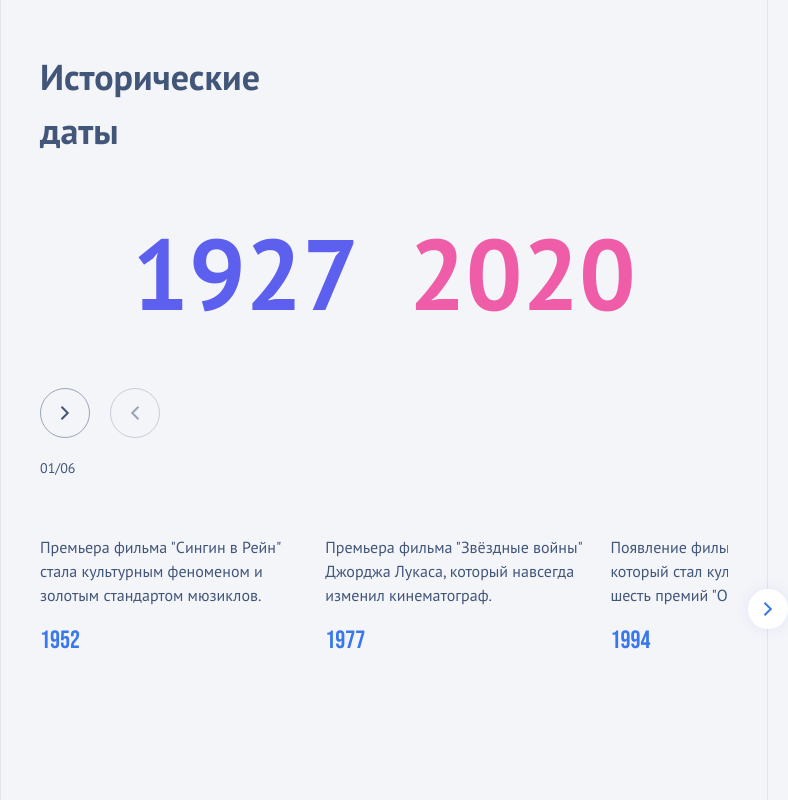
Repository: LenarTulupov/only
Page: /
An editor plug-in stored every save of this project. The page is shown before and after the next save, followed by the edit.
The browser window is 768 px wide. The page is 788 px wide, so the pictures cover 788 px, including what lies to the right of the window. The pictures show the whole page.
The project was rebuilt for these pictures with package versions that can differ from the ones it lists, and the page was loaded fresh each time.

Above is the page before, as saved 2024-12-19 16:56:46.

### public/index.html
<!DOCTYPE html>
<html lang="en">
  <head>
    <meta charset="utf-8" />
    <link rel="icon" href="%PUBLIC_URL%/favicon.ico" />
    <meta name="viewport" content="width=device-width, initial-scale=1" />
    <meta name="theme-color" content="#000000" />
    <meta
      name="description"
      content="Web site created using create-react-app"
    />
    <link rel="apple-touch-icon" href="%PUBLIC_URL%/logo192.png" />
    <link rel="manifest" href="%PUBLIC_URL%/manifest.json" />
    <title>Only Test</title>
  </head>
  <body>
    <noscript>You need to enable JavaScript to run this app.</noscript>
    <div id="root"></div>
  </body>
</html>

### src/index.tsx
import React from 'react';
import ReactDOM from 'react-dom/client';
import Router from './router/router';
import './globals.scss'

const root = ReactDOM.createRoot(
  document.getElementById('root') as HTMLElement
);
root.render(
  <React.StrictMode>
    <Router />
  </React.StrictMode>
);

### src/router/router.tsx
import { BrowserRouter, Route, Routes } from "react-router-dom";
import HomePage from "../pages/home/page";
import PagesLayout from "../layouts/pages-layout";

export default function Router() {
  return (
    <BrowserRouter>
      <Routes>
        <Route element={<PagesLayout />}>
          <Route path="/" element={<HomePage />} />
        </Route>
      </Routes>
    </BrowserRouter>
  )
};

### src/globals.scss
@import url('https://fonts.googleapis.com/css2?family=Bebas+Neue&family=PT+Sans:wght@400;700&display=swap');

:root {
  --background-color: #F4F5F9;
  --main-color: #42567a;
  --main-color-rgba: rgba(66, 86, 122, 0.5);
  --accent-color: #5D5FEF;
  --light-accent-color: #3877EE;
  --accent-second: #EF5DA8;
  --font-main: "PT Sans", serif;
  --font-second: "Bebas Neue", serif;
  --line-height: 150%;
  --font-size-main: 56px;
  --font-size-small: 14px;
  --font-size-big: 200px;
}
body {
  margin: 0;
  padding: 0;
  background-color: var(--background-color);
  color: var(--black-color);
  font-family: var(--font-main);
  line-height: var(--line-height);
}
ul {
  padding: 0;
  margin: 0;
}

li {
  list-style-type: none;
}

a {
  color: var(--black-color);
  text-decoration: none;
}

h1 {
  margin: 0;
}

### src/pages/home/page.tsx
import Container from "../../components/ui/container/container";
import Divider from "../../components/ui/divider/divider";
import HistorySection from "./history/history";
import styles from './page.module.scss';

export default function HomePage() {
  return (
    <div className={styles['home-page']}>
      <Container>
        <div className={styles['home-page__wrapper']}>
          <Divider
            position="vertical"
            className={styles.divider_vertical}
          />
          <HistorySection />
        </div>
      </Container>
    </div>
  )
};

### src/layouts/pages-layout.tsx
import { Outlet } from 'react-router-dom';
import styles from './pages-layout.module.scss';

export default function PagesLayout() {
  return (
    <div className={styles['pages-layout']}>
      <Outlet />
    </div>
  )
};

### src/components/ui/container/container.tsx
import { ReactNode } from "react"
import styles from './container.module.scss';

interface IContainer {
  children: ReactNode;
}

export default function Container({ children }: IContainer) {
  return (
    <div className={styles.container}>
      {children}
    </div>
  )
};

### src/components/ui/divider/divider.tsx
import styles from './divider.module.scss';

interface IDivider {
  position?: 'horizontal' | 'vertical';
  className?: string;
}

export default function Divider({
  position = 'horizontal', className }: IDivider) {
  return <div className={`
    ${styles.divider}
    ${styles[`divider_${position}`]}
    ${className || ''}
  `}/>
};

### src/pages/home/history/history.tsx
import { useState } from "react";
import Title from "../../../components/ui/title/title";
import { circleItems } from "../../../constants/circle-items";
import Circle from "./circle/circle";
import styles from './history.module.scss';
import StepNavigation from "./step-navigation/step-navigation";
import ContentContainer from "../../../components/ui/content-container/content-container";
import Divider from "../../../components/ui/divider/divider";
import Dates from "./dates/dates";
import HistorySlider from "./history-slider/history-slider";

export default function HistorySection() {
  const [activeButton, setActiveButton] = useState<number>(1);
  const activeCategory = circleItems.find((item) => item.id === activeButton);
  const firstDate = activeCategory?.events[0]?.year;
  const lastDate = activeCategory?.events.at(-1)?.year;
  return (
    <section className={styles.history}>
      <Title className={styles.history__title} showBefore>
        Исторические даты
      </Title>
      <div className={styles['history__circle-wrapper']}>
        <Circle
          className={styles.history__circle}
          activeButton={activeButton}
          setActiveButton={setActiveButton}
        />
        <Divider
          position="horizontal"
          className={styles['history__line-center']}
        />
        <Dates
          className={styles.history__dates}
          firstDate={firstDate}
          lastDate={lastDate}
        />
      </div>
      <ContentContainer className={styles['history__content-container']}>
        <StepNavigation
          activeButton={activeButton}
          setActiveButton={setActiveButton}
        />
        <HistorySlider
          activeCategory={activeCategory}
        />
      </ContentContainer>
    </section>
  )
};

### src/pages/home/page.module.scss
.home-page {
  &__wrapper {
    position: relative;
    min-height: 100vh;
    .divider_vertical {
      position: absolute;
      top: 0;
      left: 50%;
      transform: translateX(-50%);
      z-index: -10;
    }
  }

  &__wrapper::before {
    content: "";
    position: absolute;
    top: 0;
    bottom: 0;
    left: 0;
    width: 1px;
    background-color: var(--main-color);
    opacity: 0.1;
  }

  &__wrapper::after {
    content: "";
    position: absolute;
    top: 0;
    bottom: 0;
    right: 0;
    width: 1px;
    background-color: var(--main-color);
    opacity: 0.1;
  }
}
@media(max-width: 768px) {
  .divider_vertical {
    display: none;
  }
}

### src/components/ui/container/container.module.scss
.container {
  max-width: 1440px;
  margin: 0 auto;
}

### src/components/ui/divider/divider.module.scss
.divider {
  background-color: var(--main-color);
  opacity: 0.1;
  &_horizontal {
    width: 100%;
    height: 1px;
  }
  &_vertical {
    width: 1px;
    height: 100%;
  }
}

### src/components/ui/title/title.tsx
import { ReactNode } from 'react';
import styles from './title.module.scss';

interface ITitle {
  children: ReactNode;
  className?: string;
  color?: 'main' | 'blue' | 'light-blue' | 'pink';
  size?: 'main' | 'small'| 'big';
  showBefore?: boolean;
}

export default function Title({
  children,
  className,
  color = 'main',
  size = 'main',
  showBefore = false }: ITitle) {
  return (
    <h1
      className={`
        ${styles.title}
        ${className || ''}
        ${styles[`title__color-${color}`]}
        ${styles[`title__size-${size}`]}
        ${showBefore ? styles['title_before'] : ''}
      `}>
      {children}
    </h1>
  )
};

### src/pages/home/history/circle/circle.tsx
import { useEffect, useRef, Dispatch, SetStateAction } from 'react';
import { gsap } from 'gsap';
import { circleItems } from '../../../../constants/circle-items';
import styles from './circle.module.scss';

interface ICircle {
  className?: string;
  activeButton: number;
  setActiveButton: Dispatch<SetStateAction<number>>;
}

export default function Circle({
  className,
  activeButton,
  setActiveButton }: ICircle) {
  const circleRef = useRef<HTMLDivElement>(null);
  const buttonsRef = useRef<HTMLDivElement[]>([]);

  const handleActiveButton = (btnId: number) => {
    setActiveButton(btnId);
  };

  useEffect(() => {
    const rotationAngle = (1 - activeButton) * 60;
    gsap.to(circleRef.current, {
      rotate: rotationAngle,
      duration: 0.5,
      ease: 'power2.out',
    });

    buttonsRef.current.forEach((btn) => {
      let buttonRotation = 0;

      switch (activeButton) {
        case 2:
          buttonRotation = 60;
          break;
        case 3:
          buttonRotation = 120;
          break;
        case 4:
          buttonRotation = 180;
          break;
        case 5:
          buttonRotation = 240;
          break;
        case 6:
          buttonRotation = 300;
          break;
        default:
          buttonRotation = 0;
          break;
      }

      gsap.to(btn, {
        rotate: buttonRotation,
        duration: 0.5,
        ease: 'power2.out',
      });
    });
  }, [activeButton]);

  return (
    <div ref={circleRef} className={`${styles.circle} ${className || ''}`}>
      {circleItems.map((item, index) => {
        const btnId = index + 1;
        return (
          <div
            key={btnId}
            ref={(el) => (buttonsRef.current[index] = el!)}
            className={`
                ${styles[`circle__btn-${btnId}`]}
                ${styles.circle__btn}
                ${activeButton === btnId ? styles.active : ''}
              `}
            onClick={() => handleActiveButton(btnId)}
          >
            {btnId}
            <span
              className={`
                  ${styles['sub-title']}
                  ${activeButton === btnId ? styles.active : ''}
                `}
            >
              {item.category}
            </span>
          </div>
        );
      })}
    </div>
  );
}

### src/pages/home/history/history.module.scss
.history {
  padding: 50px 0;
  &__title {
    padding-left: 78px;
    width: 353px;
  }
  &__circle-wrapper {
    position: relative;
  }
  &__circle {
    margin: 0 auto;
  }
  &__line-center {
    position: absolute;
    top: 50%;
    left: 0;
    transform: translateY(-50%);
    z-index: -10;
  }
}
@media (max-width: 1100px) {
  .history__dates {
    font-size: 150px;
    gap: 190px !important;
  }
}
@media (max-width: 992px) {
  .history {
    &__title {
      font-size: 46px;
      padding-left: 40px;
    }
  }
}
@media (max-width: 900px) {
  .history__dates {
    font-size: 120px;
  }
}
@media (max-width: 768px) {
  .history {
    &__title {
      font-size: 36px;
      width: 230px;
    }
    &__circle {
      display: none;
    }
    &__circle-wrapper {
      margin: 40px 0;
    }
    &__dates {
      justify-content: center;
      font-size: 100px;
      position: static !important;
      gap: 50px !important;
      transform: translate(0) !important;
      text-align: center;
    }
    &__line-center {
      display: none;
    }
    &__content-container {
      display: flex;
      flex-direction: column;
      & > * :nth-child(1) {
        order: 2;
      }

    }
  }
}
@media(max-width: 568px) {
  .history__dates {
    font-size: 80px;
  }
}
@media(max-width: 480px) {
  .history__title {
    padding-left: 20px;
  }
}

### src/pages/home/history/step-navigation/step-navigation.tsx
import { Dispatch, SetStateAction } from "react";
import NavigationButtons from "./navigation-buttons/navigation-buttons";
import SliderStep from "./slider-step/slider-step";
import styles from './step-navigation.module.scss';

interface IStepNavigation {
  className?: string;
  activeButton: number;
  setActiveButton: Dispatch<SetStateAction<number>>;
}

export default function StepNavigation({
  className,
  activeButton,
  setActiveButton }: IStepNavigation) {

    const handleNext = () => {
      setActiveButton((p) => (p < 6 ? p + 1 : 1));
    };

    const handlePrev = () => {
      setActiveButton((p) => (p > 1 ? p - 1 : 6));
    };

    return (
      <div className={`${styles['step-navigation']} ${className || ''}`}>
        <SliderStep activeButton={activeButton} />
        <NavigationButtons
          handleNext={handleNext}
          handlePrev={handlePrev}
          isBeginning={activeButton === 1}
          isEnd={activeButton === 6}
        />
      </div>
    );
};

### src/components/ui/content-container/content-container.tsx
import { ReactNode } from 'react';
import styles from './content-container.module.scss';

interface IContentContainer {
  children: ReactNode;
  className?: string;
}

export default function ContentContainer({
  children, className }: IContentContainer) {
  return (
    <div className={`${styles['content-container']} ${className || ''}`}>
      {children}
    </div>
  )
};

### src/pages/home/history/dates/dates.tsx
import { useEffect, useState } from 'react';
import Title from '../../../../components/ui/title/title';
import styles from './dates.module.scss';

interface IDates {
  className?: string;
  firstDate: string;
  lastDate: string;
}

export default function Dates({ className, firstDate, lastDate }: IDates) {
  const [currentFirstDate, setCurrentFirstDate] = useState(Number(firstDate));
  const [currentLastDate, setCurrentLastDate] = useState(Number(lastDate));

  useEffect(() => {
    const animateNumber = (
      from: number,
      to: number,
      setNumber: React.Dispatch<React.SetStateAction<number>>
    ) => {
      const stepTime = 20;
      const steps = 50;
      const delta = (to - from) / steps;

      let currentStep = 0;
      const interval = setInterval(() => {
        currentStep += 1;
        const nextValue = from + delta * currentStep;
        setNumber(Math.round(nextValue));

        if (currentStep >= steps) {
          clearInterval(interval);
          setNumber(to);
        }
      }, stepTime);
    };

    animateNumber(Number(currentFirstDate), Number(firstDate), setCurrentFirstDate);
    animateNumber(Number(currentLastDate), Number(lastDate), setCurrentLastDate);
  }, [firstDate, lastDate]);
  return (
    <div className={`${styles.dates} ${className || ''}`}>
      <Title className={className} color='blue' size='big'>{currentFirstDate}</Title>
      <Title className={className} color='pink' size='big'>{currentLastDate}</Title>
    </div>
  )
};

### src/pages/home/history/history-slider/history-slider.tsx
import { useEffect, useRef, useState } from "react";
import { Swiper, SwiperClass, SwiperSlide } from "swiper/react";
import { Navigation, Pagination } from "swiper/modules";
import { IHistorySlider } from "../../../../types/history-slider.interface";
import SliderContent from "./slider-content/slider-content";
import ArrowButton from "../../../../components/ui/arrow-button/arrow-button";
import "swiper/css";
import "swiper/css/navigation";
import "swiper/css/pagination";
import styles from "./history-slider.module.scss";

export default function HistorySlider({ className, activeCategory }: IHistorySlider) {
  const [prevCategory, setPrevCategory] = useState(activeCategory);
  const [isBeginning, setIsBeginning] = useState(true);
  const [isEnd, setIsEnd] = useState(false);
  const containerRef = useRef<HTMLDivElement | null>(null);
  const prevRef = useRef<HTMLDivElement | null>(null);
  const nextRef = useRef<HTMLDivElement | null>(null);
  const swiperRef = useRef<SwiperClass | null>(null);

  useEffect(() => {
    if (prevCategory?.id !== activeCategory?.id) {
      if (containerRef.current) {
        containerRef.current.classList.add(styles["fade-out"]);

        setTimeout(() => {
          if (containerRef.current) {
            containerRef.current.classList.remove(styles["fade-out"]);
            setPrevCategory(activeCategory);
            containerRef.current.classList.add(styles["fade-in"]);

            setTimeout(() => {
              if (containerRef.current) {
                containerRef.current.classList.remove(styles["fade-in"]);
              }
            }, 500);
          }
        }, 500);
      }
    }
  }, [activeCategory, prevCategory]);

  useEffect(() => {
    if (swiperRef.current) {
      const { navigation } = swiperRef.current.params;

      if (navigation && typeof navigation !== 'boolean') {
        navigation.prevEl = prevRef.current;
        navigation.nextEl = nextRef.current;

        swiperRef.current.navigation.destroy();
        swiperRef.current.navigation.init();
        swiperRef.current.navigation.update();
      }

      setIsBeginning(swiperRef.current.isBeginning);
      setIsEnd(swiperRef.current.isEnd);

      swiperRef.current.on("slideChange", () => {
        setIsBeginning(swiperRef.current.isBeginning);
        setIsEnd(swiperRef.current.isEnd);
      });

      return () => {
        swiperRef.current?.off("slideChange");
      };
    }
  }, [activeCategory]);

  useEffect(() => {
    if (swiperRef.current) {
      swiperRef.current.slideTo(0, 0);
    }
  }, [activeCategory]);

  return (
    <div
      ref={containerRef}
      className={`${className || ""} ${styles["history-slider"]}`}
    >
      <Swiper
        spaceBetween={40}
        slidesPerView={1.5}
        modules={[Navigation, Pagination]}
        pagination={{ clickable: true}}
        onSwiper={(swiper) => {
          swiperRef.current = swiper;
        }}
        breakpoints={{
          1200: {
            spaceBetween: 80,
            slidesPerView: 3.5,
            pagination: false
          },
          768: {
            slidesPerView: 2.5,
            spaceBetween: 25,
            pagination: false
          },

        }}
      >
        {activeCategory?.events.map((event) => (
          <SwiperSlide key={event.id}>
            <SliderContent year={event.year} text={event.title} />
          </SwiperSlide>
        ))}
      </Swiper>

      {!isBeginning && (
        <div ref={prevRef} className={styles.prev}>
          <ArrowButton
            onClick={() => swiperRef.current?.slidePrev()}
            slider
            disabled={isBeginning}
          />
        </div>
      )}
      {!isEnd && (
        <div ref={nextRef} className={styles.next}>
          <ArrowButton
            rotation="right"
            onClick={() => swiperRef.current?.slideNext()}
            slider
            disabled={isEnd}
          />
        </div>
      )}
    </div>
  );
}

### src/components/ui/title/title.module.scss
.title {
  line-height: 150%;
  position: relative;
  &::before {
    content: "";
    position: absolute;
    top: 50%;
    transform: translateY(-50%);
    left: 0;
    height: 120px;
    width: 6px;
    background: linear-gradient(to bottom, var(--accent-color) 0%, var(--accent-second) 100%);
    visibility: hidden;
  }
  &.title_before::before {
    visibility: visible;
    @media(max-width: 768px) {
      visibility: hidden;
    }
  }
  &__color-main {
    color: var(--main-color);
  }

  &__color-blue {
    color: var(--accent-color);
  }
  &__color-light-blue {
    color: var(--light-accent-color);
  }

  &__color-pink {
    color: var(--accent-second);
  }

  &__size-main {
    font-size: var(--font-size-main);
  }
  &__size-small {
    font-size: var(--font-size-small);
  }

  &__size-big {
    font-size: var(--font-size-big);
  }
}

### src/pages/home/history/circle/circle.module.scss
.circle {
  position: relative;
  width: 530px;
  height: 530px;
  border: 1px solid rgba(66, 86, 122, 0.1);
  border-radius: 100%;
  display: flex;
  justify-content: center;
  align-items: center;
  transform-origin: center;
}

.circle__btn {
  position: absolute;
  display: flex;
  align-items: center;
  justify-content: center;
  width: 6px;
  height: 6px;
  border: none;
  background-color: var(--main-color);
  border-radius: 100%;
  color: var(--main-color);
  line-height: 30px;
  font-size: 0;
  cursor: pointer;
  transition: width 0.3s ease-in-out, height 0.3s ease-in-out, font-size 0.3s ease-in-out;
}

.circle__btn::before {
  content: "";
  position: absolute;
  top: 50%;
  left: 50%;
  transform: translate(-50%, -50%);
  width: 25px;
  height: 25px;
  border-radius: 100%;
  background: transparent;
}

.sub-title {
  position: absolute;
  top: 50%;
  left: 0;
  transform: translateY(-50%);
  margin-left: 76px;
  font-weight: bold;
  opacity: 0;
  transition: opacity 0.3s ease-in-out;
}

.sub-title.active {
  opacity: 1;
}

.circle__btn:hover,
.circle__btn.active {
  width: 56px;
  height: 56px;
  font-size: 16px;
  background-color: #f4f5f9;
  outline: 1px solid rgba(48, 62, 88, 0.5);
}

.circle__btn-1 {
  transform: rotate(300deg) translateX(265px) rotate(-300deg);
}
.circle__btn-2 {
  transform: rotate(0deg) translateX(265px) rotate(0deg);
}
.circle__btn-3 {
  transform: rotate(60deg) translateX(265px) rotate(-60deg);
}
.circle__btn-4 {
  transform: rotate(120deg) translateX(265px) rotate(-120deg);
}
.circle__btn-5 {
  transform: rotate(180deg) translateX(265px) rotate(-180deg);
}
.circle__btn-6 {
  transform: rotate(240deg) translateX(265px) rotate(-240deg);
}

### src/pages/home/history/step-navigation/navigation-buttons/navigation-buttons.tsx
import ArrowButton from '../../../../../components/ui/arrow-button/arrow-button';
import styles from './navigation-buttons.module.scss';

interface INavigationButtons {
  handleNext: () => void;
  handlePrev: () => void;
  isBeginning: boolean;
  isEnd: boolean;
}

export default function NavigationButtons({
  handleNext,
  handlePrev,
  isBeginning,
  isEnd }: INavigationButtons) {
  return (
    <div className={styles['navigation-buttons']}>
      <ArrowButton
        onClick={handlePrev}
        disabled={isBeginning}
      />
      <ArrowButton
        rotation='right'
        onClick={handleNext}
        disabled={isEnd}
      />
    </div>
  );
};

### src/pages/home/history/step-navigation/slider-step/slider-step.tsx
import Title from "../../../../../components/ui/title/title";
import styles from './slider-step.module.scss';

interface ISliderStep {
  activeButton: number;
}

export default function SliderStep({ activeButton }: ISliderStep) {
  return <Title size="small" className={styles.font}>0{activeButton}/06</Title>
};

### src/pages/home/history/step-navigation/step-navigation.module.scss
.step-navigation {
  display: flex;
  flex-direction: column;
  row-gap: 20px;
}

### src/components/ui/content-container/content-container.module.scss
.content-container {
  max-width: 1440px;
  margin: 0 auto;
  padding: 0 80px;
  @media(max-width: 768px) {
    padding: 0 40px;
  }
  @media(max-width: 480px) {
    padding: 0 20px;
  }
}

### src/pages/home/history/dates/dates.module.scss
.dates {
  position: absolute;
  top: 50%;
  left: 50%;
  transform: translate(-50%, -50%);
  display: flex;
  gap: 80px;
  z-index: -1;
}

### src/pages/home/history/history-slider/slider-content/slider-content.tsx
import Text from "../../../../../components/ui/text/text";
import Title from "../../../../../components/ui/title/title";
import styles from './slider-content.module.scss';

interface ISliderContent {
  year: string;
  text: string;
}

export default function SliderContent({ year, text }: ISliderContent) {
  return (
    <div className={styles['slider-content']}>
      <Title
        size="small"
        color="light-blue"
        className={styles['slider-content__title']}
      >
        {year}
      </Title>
      <Text text={text} />
    </div>
  )
};

### src/components/ui/arrow-button/arrow-button.tsx
import styles from './arrow-button.module.scss';

interface IArrowButton {
  rotation?: 'left' | 'right'
  onClick?: () => void;
  slider?: boolean;
  disabled?: boolean;
  className?: string;
}

export default function ArrowButton({
  rotation,
  onClick,
  slider = false,
  disabled = false,
  className}: IArrowButton) {
  return (
    <button
      className={`
        ${styles['arrow-button']}
        ${styles[rotation]}
        ${slider ? styles['arrow-button_slider'] : ''}
        ${className || ''}
        ${disabled ? styles.disabled : ''}
      `}
      onClick={onClick}
      disabled={disabled}
    >
      <svg width="10" height="14" viewBox="0 0 10 14" fill="none" xmlns="http://www.w3.org/2000/svg">
        <path d="M8.49988 0.750001L2.24988 7L8.49988 13.25" stroke="#42567A" stroke-width="2" />
      </svg>
    </button>
  )
};

### src/pages/home/history/history-slider/history-slider.module.scss
.history-slider {
  position: relative;
  margin-top: 56px;
}
.next {
  position: absolute;
  top: 50%;
  transform: translateY(-50%);
  right: -60px;
  z-index: 10;
}
.prev {
  position: absolute;
  top: 50%;
  transform: translateY(-50%);
  left: -60px;
  z-index: 10;
}

.fade-out {
  opacity: 0;
  transition: opacity 0.5s ease;
}
.fade-in {
  opacity: 1;
  transition: opacity 0.5s ease;
}

### src/pages/home/history/step-navigation/navigation-buttons/navigation-buttons.module.scss
.navigation-buttons {
  display: flex;
  column-gap: 20px;
}
.disabled {
  opacity: .5;
  cursor: auto;
}

### src/pages/home/history/step-navigation/slider-step/slider-step.module.scss
.font {
  font-weight: 400;
}

### src/components/ui/text/text.tsx
import styles from './text.module.scss';

interface IText {
  text: string;
}

export default function Text({ text }: IText) {
  return (
    <div className={styles.text}>
        { text }
    </div>
  )
};

### src/pages/home/history/history-slider/slider-content/slider-content.module.scss
.slider-content {
  display: flex;
  flex-direction: column;
  row-gap: 15px;
  cursor: grabbing;
  &__title {
    font-family: var(--font-second);
    font-weight: 400;
    font-size: 25px;
  }
}

### src/components/ui/arrow-button/arrow-button.module.scss
.arrow-button {
  width: 50px;
  height: 50px;
  display: flex;
  align-items: center;
  justify-content: center;
  border: 1px solid var(--main-color-rgba);
  background-color: transparent;
  border-radius: 100%;
  cursor: pointer;
}
.arrow-button_slider {
  width: 40px;
  height: 40px;
  background-color: #fff;
  border: none;
  box-shadow: 0 0 15px 0 rgba(56, 119, 238, 0.1);
  svg path {
    stroke: var(--light-accent-color);
  }
}
.left {
  transform: rotate(0deg);
}
.right {
  transform: rotate(180deg);
}
.disabled {
  opacity: .5;
  cursor: auto;
}

### src/components/ui/text/text.module.scss
.text {
  color: var(--main-color);
}

Loaded but not shown: src/constants/circle-items.ts (122 lines, source omitted); src/layouts/pages-layout.module.scss (no stored copy; drawn as an empty file)

After the next save:
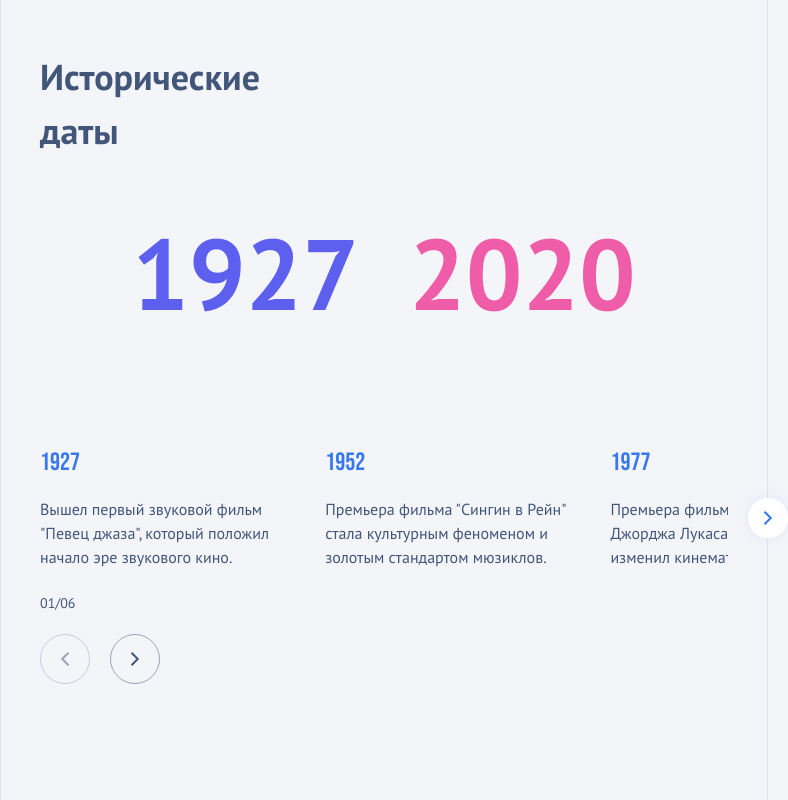
Saved 5 s later.
--- a/src/pages/home/history/history.module.scss
+++ b/src/pages/home/history/history.module.scss
@@ -63,7 +63,7 @@
     &__content-container {
       display: flex;
       flex-direction: column;
-      & > * :nth-child(1) {
+      & > :nth-child(1) {
         order: 2;
       }
 
